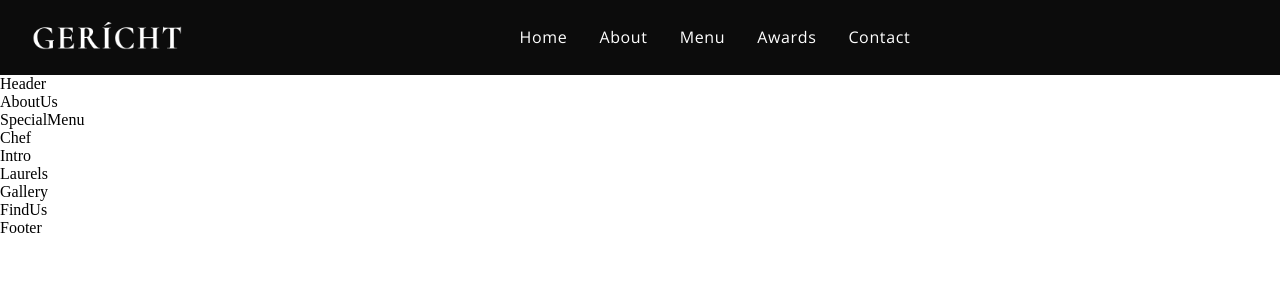
Repository: Isanderr/react-restaurant-page
Page: /
An editor plug-in stored every save of this project. The page is shown before and after the next save, followed by the edit.
The browser window is 1280 px wide. The pictures show the whole page.
Some web fonts or font styles are not loaded; a fallback is used. The project was rebuilt for these pictures with package versions that can differ from the ones it lists, and the page was loaded fresh each time. Also part of the build but not shown: src/components/SubHeading/SubHeading.jsx, src/components/Footer/Newsletter.jsx, src/components/Footer/FooterOverlay.jsx, src/components/Menuitem/MenuItem.jsx.

Above is the page before, as saved 2022-05-21 14:13:49.

### public/index.html
<!DOCTYPE html>
<html lang="en">
  <head>
    <meta charset="utf-8" />
    <link rel="icon" href="%PUBLIC_URL%/favicon.ico" />
    <meta name="viewport" content="width=device-width, initial-scale=1" />
    <meta name="theme-color" content="#000000" />
    <meta
      name="description"
      content="Web site created using create-react-app"
    />
    <link rel="apple-touch-icon" href="%PUBLIC_URL%/logo192.png" />
    <link rel="manifest" href="%PUBLIC_URL%/manifest.json" />
    <title>Restaurant Page</title>
  </head>
  <body>
    <noscript>You need to enable JavaScript to run this app.</noscript>
    <div id="root"></div>
  </body>
</html>

### src/index.js
import React from 'react';
import { createRoot } from 'react-dom/client';

import './index.css';
import App from './App';

const container = document.getElementById('root');
const root = createRoot(container);
root.render(<React.StrictMode>
  <App />
</React.StrictMode>);

### src/components/Navbar/Navbar.jsx
import React from 'react';
import {GiHamburgerMenu} from 'react-icons/gi';
import {MdOutlineRestaurantMenu} from 'react-icons/md';
import images from '../../constants/images';


import './Navbar.css';

const Navbar = () => (
  <nav className="app__navbar">
    <div className="app__navbar-logo">
      <img src={ images.gericht} alt="logo"/>
    </div>
    <ul className="app__navbar-links">
      <li className="p__opensans"><a href="#home">Home</a></li>
      <li className="p__opensans"><a href="#about">About</a></li>
      <li className="p__opensans"><a href="#menu">Menu</a></li>
      <li className="p__opensans"><a href="#awards">Awards</a></li>
      <li className="p__opensans"><a href="#contact">Contact</a></li>
    </ul>
  </nav>
);

export default Navbar;

### src/constants/images.js
import bg from '../assets/bg.png';
import chef from '../assets/chef.png';
import G from '../assets/G.png';
import gallery01 from '../assets/gallery01.png';
import gallery02 from '../assets/gallery02.png';
import gallery03 from '../assets/gallery03.png';
import gallery04 from '../assets/gallery04.png';
import knife from '../assets/knife.png';
import logo from '../assets/logo.png';
import menu from '../assets/menu.png';
import overlaybg from '../assets/overlaybg.png';
import spoon from '../assets/spoon.svg';
import welcome from '../assets/welcome.png';
import findus from '../assets/findus.png';
import laurels from '../assets/laurels.png';
import award01 from '../assets/award01.png';
import award02 from '../assets/award02.png';
import award03 from '../assets/award03.png';
import award05 from '../assets/award05.png';
import sign from '../assets/sign.png';
import quote from '../assets/quote.png';
import gericht from '../assets/gericht.png';

export default {
  bg,
  chef,
  G,
  gallery01,
  gallery02,
  gallery03,
  gallery04,
  knife,
  logo,
  menu,
  overlaybg,
  spoon,
  welcome,
  findus,
  laurels,
  award01,
  award02,
  award03,
  award05,
  sign,
  quote,
  gericht,
};

### src/components/Navbar/Navbar.css
.app__navbar {
    width: 100%;
    display: flex;
    justify-content: space-between;
    align-items: center;
    background: var(--color-black);
    padding: 1rem 2rem;
}

.app__navbar-logo{
    display: flex;
    justify-content: flex-start;
    align-items: center;
}

.app__navbar-logo img {
    width: 150px;
}

.app__navbar-links {
    flex: 1;
    display: flex;
    justify-content: center;
    align-items: center;

    list-style: none;
}
.app__navbar-links li{
    margin: 0 1rem;
    cursor: pointer;
}

.app__navbar-links li:hover{
    color: var(--color-grey)
}

Loaded but not shown: src/index.css (common file); src/App.js (common file); src/container/index.js (common file); src/components/index.js (common file); src/App.css (common file); src/container/AboutUs/AboutUs.jsx (common file); src/container/Chef/Chef.jsx (common file); src/container/Findus/FindUs.jsx (common file); src/container/Footer/Footer.jsx (common file); src/container/Gallery/Gallery.jsx (common file); src/container/Header/Header.jsx (common file); src/container/Intro/Intro.jsx (common file); src/container/Laurels/Laurels.jsx (common file); src/container/Menu/SpecialMenu.jsx (common file); src/components/Footer/FooterOverlay.css (no stored copy; drawn as an empty file); src/components/Footer/Newsletter.css (no stored copy; drawn as an empty file); src/components/Menuitem/MenuItem.css (no stored copy; drawn as an empty file); src/container/AboutUs/AboutUs.css (no stored copy; drawn as an empty file); src/container/Chef/Chef.css (no stored copy; drawn as an empty file); src/container/Footer/Footer.css (no stored copy; drawn as an empty file); src/container/Gallery/Gallery.css (no stored copy; drawn as an empty file); src/container/Header/Header.css (no stored copy; drawn as an empty file); src/container/Intro/Intro.css (no stored copy; drawn as an empty file); src/container/Laurels/Laurels.css (no stored copy; drawn as an empty file); src/container/Menu/SpecialMenu.css (no stored copy; drawn as an empty file)

After the next save:
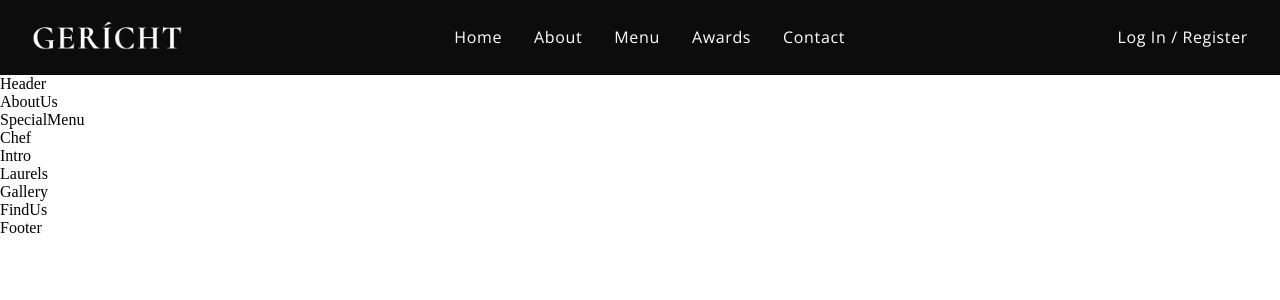
Saved 105 s later.
--- a/src/components/Navbar/Navbar.jsx
+++ b/src/components/Navbar/Navbar.jsx
@@ -18,6 +18,9 @@ const Navbar = () => (
       <li className="p__opensans"><a href="#awards">Awards</a></li>
       <li className="p__opensans"><a href="#contact">Contact</a></li>
     </ul>
+    <div className="app__navbar-login">
+      <a href="#login" className="p__opensans">Log in / Register</a>
+    </div>
   </nav>
 );
 
